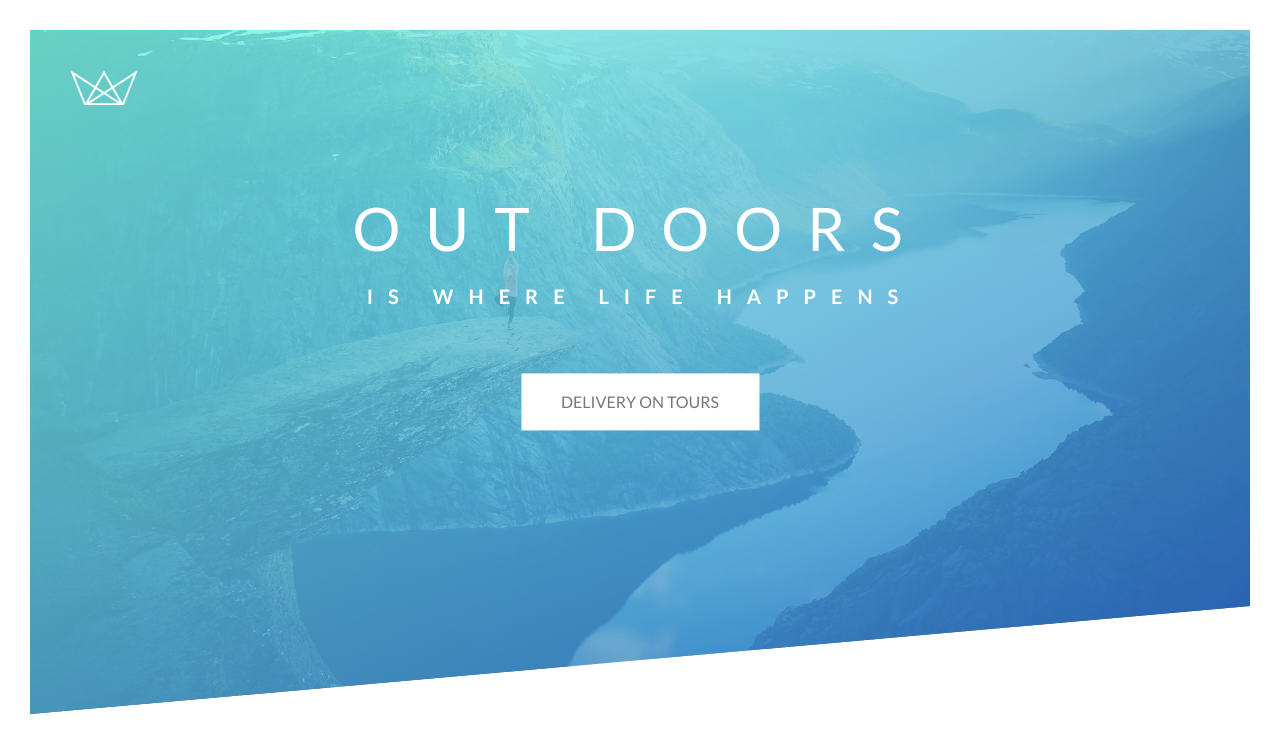
Repository: haokiet2501/natours-page
Page: index.html
An editor plug-in stored every save of this project. The page is shown before and after the next save, followed by the edit.
The browser window is 1280 px wide. The pictures show the whole page.

Above is the page before, as saved 2022-07-31 19:25:03.

### index.html
<!DOCTYPE html>
<html lang="en">
<head>
    <meta charset="UTF-8">
    <meta http-equiv="X-UA-Compatible" content="IE=edge">
    <meta name="viewport" content="width=device-width, initial-scale=1.0">
    <link rel="shortcut icon" href="img/favicon.png" type="image/x-icon">
    <link rel="stylesheet" href="styles.css">
    <title>Natours</title>
</head>
<body>
    <header class="header">
        <div class="logo">
            <img src="img/logo-white.png" alt="Logo" class="logo-img">
        </div>
        <div class="heading">
            <h1 class="heading-text">
                <span class="heading-subtitle">
                    Out doors
                </span>
                <span class="heading-subtext">
                    is where life happens
                </span>
            </h1>

            <a href="#" class="btn btn-white">Delivery on tours</a>
        </div>
    </header>
</body>
</html>

### styles.css
@import url('https://fonts.googleapis.com/css2?family=Lato:wght@300;400;700;900&display=swap');

* {
    margin: 0;
    padding: 0;
    box-sizing: border-box;
}

:root {
    --lighten-blue: #69ffd7;
    --medium-blue: #3badd4;
    --dark-blue: #1b92c2;
}

body {
    font-family: "Lato", sans-serif;
    line-height: 1.7;
    font-weight: 400;
    font-size: 16px;
    color: #777;
    padding: 30px;
}

html {
    scroll-behavior: smooth;
}

.header {
    position: relative;
    height: 95vh;
    background-image: linear-gradient(
        to right bottom,
        rgba(126, 255, 232, 0.8),
        rgba(40, 107, 208, 0.8)
        ) ,url("./img/hero.jpg");
    background-size: cover;
    background-position: top;
    clip-path: polygon(0 0, 100% 0, 100% 80vh, 0 100%);
}

.logo {
    position: absolute;
    top: 40px;
    left: 40px;
}

.logo-img {
    height: 35px;
}

.heading {
    position: absolute;
    top: 40%;
    left: 50%;
    transform: translate(-50%, -50%);
    text-align: center;
}

.heading-text {
    color: #fff;
    text-transform: uppercase;
    backface-visibility: hidden;

    margin-bottom: 60px;
}

.heading-subtitle {
    display: block;
    font-size: 60px;
    font-weight: 400;
    letter-spacing: 25px;
    animation: 1s moveLeft ease-out;
}

.heading-subtext {
    display: block;
    font-size: 20px;
    font-weight: 700;
    letter-spacing: 15px;
    animation: 1s moveRight ease-out;
}

@keyframes moveLeft{
    0% {
        opacity: 0;
        transform: translateX(-100px);
    }
    80% {
        transform: translateX(20px);
    }
    100% {
        opacity: 1;
        transform: translate(0);
    }
}

@keyframes moveRight{
    0% {
        opacity: 0;
        transform: translateX(100px);
    }
    80% {
        transform: translateX(-20px);
    }
    100% {
        opacity: 1;
        transform: translate(0);
    }
}

.btn:link,
.btn:visited {
    text-decoration: none;
    text-transform: uppercase;
    padding: 15px 40px;
    display: inline-block;
}

.btn-white {
    background-color: #fff;
    color: #777;
}

After the next save:
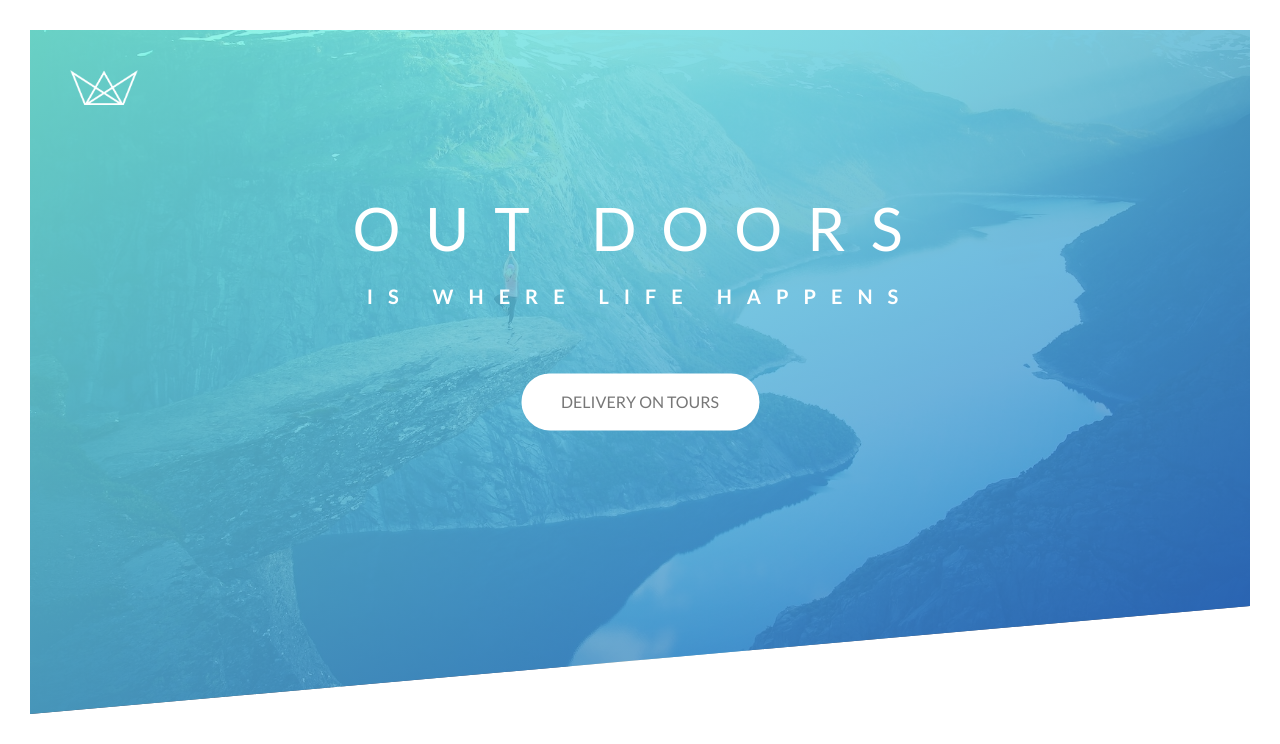
Saved 6 min 42 s later.
--- a/styles.css
+++ b/styles.css
@@ -114,6 +114,7 @@ html {
     text-transform: uppercase;
     padding: 15px 40px;
     display: inline-block;
+    border-radius: 100px;
 }
 
 .btn-white {
